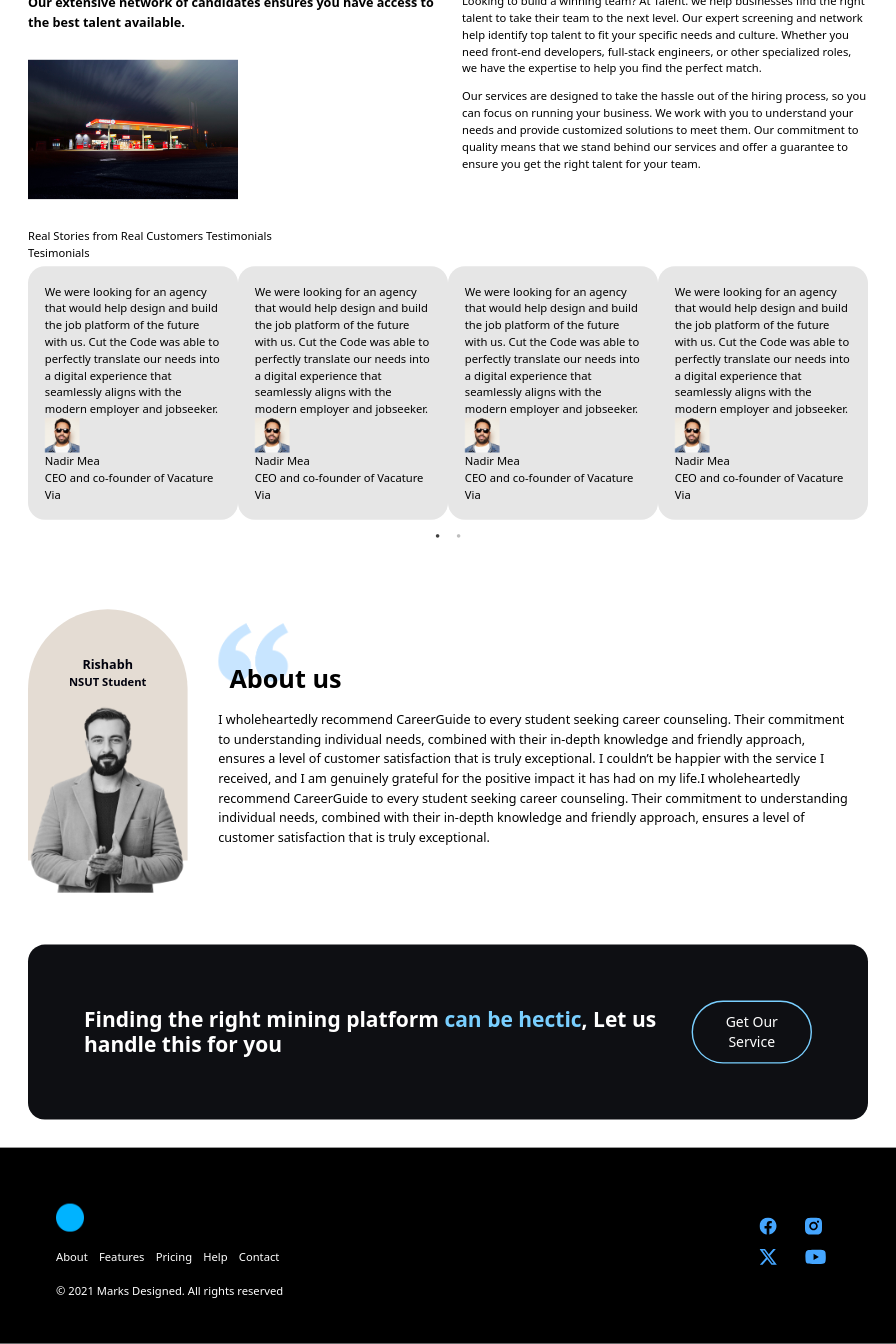
Repository: ayushtenguria/uniteksol
Page: /
The author's editor kept a copy of each file at every save. The page is drawn from the files as they stood at one save, then again after the next save.
The browser window is 1280 px wide. The pictures show the part of the page from y = 1098 to 3018 px (the page is 3018 px tall before and 2946 px after), at 70% of full size.
The project was rebuilt for these pictures with package versions that can differ from the ones it lists, and the page was loaded fresh each time. The framework's server and built-in components were replaced by stand-ins that run in the browser. Also part of the build but not shown: next.config.mjs.

Above is the page before, as saved 2024-02-23 20:44:16.

### pages/index.js
import Image from "next/image";
import { Inter } from "next/font/google";
import Layout from "@/components/Layout";
import Hero from "@/components/Hero";
import CompanyLogos from "@/components/companyLogos";
import Story from "@/components/Story";
import ServiceBanner from "@/components/serviceBanner";
import About from "@/components/About";
import Testimonials from "@/components/Testimonials";

const inter = Inter({ subsets: ["latin"] });

export default function Home() {
  return (
    <Layout>
      <Hero></Hero>
      <CompanyLogos></CompanyLogos>
      <Story></Story>
      <Testimonials></Testimonials>
      <About></About>
      <ServiceBanner></ServiceBanner>
    </Layout>
  );
}

### styles/globals.css
@tailwind base;
@tailwind components;
@tailwind utilities;

/* 79CFFF */

.btn-blue{
  background-color: #79CFFF;
  border-radius: 50px;
  padding: 5px 10px;
  font-weight: 500;
  margin-left: 4px;
}

.btn-black{
  background-color: #333333;
  color: #79CFFF;
  border-radius: 50px;
  padding: 15px 40px;
  font-weight: 500;
}

.btn-blueht{
  background-color: #0E0F13;
  color: #ffffff;
  border-radius: 50px;
  border: 2px solid #79CFFF;
  padding: 15px 40px;
  font-weight: 500;
}

### components/Layout.js
import Footer from "./Footer";
import Nav from "./Nav";

export default function Layout({children}){
    return(
        <div className="">
            <Nav></Nav>
                {children}
            <Footer></Footer>
        </div>
    )
}

### components/Hero.js
import Image from "next/image";
import Card from "./Card";

export default function Hero() {
  return (
    <div className="flex gap-4 m-10 grid-cols-2 justify-between text-fontBlack">
      <div className="w-1/2">
        <div className="my-10">
          <h1 className="text-4xl font-bold mb-6">
            We build your dream house with our passion
          </h1>
          <p className="text-lg font-semibold mb-6">
            Our core goal is to respond to today's{" "}
            <span className="underline">dynamic marked</span> by equipping our
            customers with the digital tools they need to remain competitive,
            build their business, and empower the consumer experience.
          </p>
          <button className="btn-black text-lg">Learn More</button>
        </div>
        <div>
          <div className="flex gap-4">
            <Card bgColor={"landingGray"}>
              <span className="text-lg font-bold pb-2">362</span>
              <br></br>Lorem ipsum dolor amet, consectetur adipiscing elit.
              Faucibus in libero.Lorem ipsum dolor amet,
            </Card>
            <Card bgColor={"landingBlue"}>
              <span className="text-lg font-bold pb-2">178K+</span>
              <br></br>
              Lorem ipsum dolor amet, consectetur adipiscing elit. Faucibus in
              libero.Lorem ipsum dolor amet,
            </Card>
          </div>
          <div>
            <Card bgColor={"landingGray"}>
              <div className="flex">
                <span className="text-lg font-bold pb-2">Title</span>
                <br></br>Lorem ipsum dolor amet, consectetur adipiscing elit.
                Faucibus in libero.Lorem ipsum dolor amet,
                <Image src="/home.png" width={200} height={200}></Image>
              </div>
            </Card>
          </div>
        </div>
      </div>
      <div className="w-1/2">
        <Image
          src="/pump2.jpg"
          width={800}
          height={800}
          alt="Petrol pump image"
        ></Image>
      </div>
    </div>
  );
}

### components/Story.js
import Image from "next/image";

export default function Story() {
  return (
    <div className="m-10 mt-20">
        <div><h2 className="text-4xl font-bold pb-10">Our Story</h2></div>
      <div className="flex gap-10">
        <div className="w-1/2">
          <h4 className="text-lg font-semibold pb-10">
            Our extensive network of candidates ensures you have access to the
            best talent available.
          </h4>
          <Image src="/pump3.jpg" width={300} height={300}></Image>
        </div>
        <div className="w-1/2">
          <p className="mb-4">
            Looking to build a winning team? At Talent. we help businesses find
            the right talent to take their team to the next level. Our expert
            screening and network help identify top talent to fit your specific
            needs and culture. Whether you need front-end developers, full-stack
            engineers, or other specialized roles, we have the expertise to help
            you find the perfect match.
          </p>
          <p>
            Our services are designed to take the hassle out of the hiring
            process, so you can focus on running your business. We work with you
            to understand your needs and provide customized solutions to meet
            them. Our commitment to quality means that we stand behind our
            services and offer a guarantee to ensure you get the right talent
            for your team.
          </p>
        </div>
      </div>
    </div>
  );
}

### components/serviceBanner.js
export default function ServiceBanner(){
    return(
        <div className="bg-landingBlack m-10 text-white p-20 rounded-3xl flex justify-between items-center font-semibold">
            <div className="text-3xl mr-10">
                Finding the right mining platform <span className="text-landingBlue">can be hectic</span>, Let us handle this for you
            </div>
            <div>
                <button className="btn-blueht text-xl">Get Our Service</button>
            </div>
        </div>
    )
}

### components/About.js
import Image from "next/image";

export default function About(){
    return(
        <div className="flex m-10 py-20 gap-6">
            <div className="bg-[#E4DCD3] rounded-t-full">
                <div className="flex justify-center relative top-16">
                    <p className="text-[#00010D] font-semibold"><span className="font-semibold flex justify-center text-lg">Rishabh</span> NSUT Student</p>
                </div>

                <Image src="/Person.png" width={1400} height={1400} className="relative top-20"></Image>
            </div>
            <div className="m-5">
                <Image src='/quote.png' width={100} height={100} className="relative z-0"></Image>
                <h2 className="text-4xl font-bold relative z-30 bottom-6 ml-4">
                    About us
                </h2>
                <p className="text-lg font-medium">
                I wholeheartedly recommend CareerGuide to every student seeking career counseling. Their commitment to understanding individual needs, combined with their in-depth knowledge and friendly approach, ensures a level of customer satisfaction that is truly exceptional. I couldn’t be happier with the service I received, and I am genuinely grateful for the positive impact it has had on my life.I wholeheartedly recommend CareerGuide to every student seeking career counseling. Their commitment to understanding individual needs, combined with their in-depth knowledge and friendly approach, ensures a level of customer satisfaction that is truly exceptional.
                </p>
            </div>
        </div>
    )
}

### components/Testimonials.js
import { TESTIMONIALS } from "@/constants/constants";
import Image from "next/image";
import Card from "./Card";
import SimpleSlider from "./SimpleSlider";
import Slider from "./SimpleSlider";

export default function Testimonials(){
    return(
        <div className="m-10">
            <h1 className="w-1/3">
            Real Stories from Real Customers
Testimonials
            </h1>
            <p>Tesimonials</p>
            <SimpleSlider dots={false} >
                {TESTIMONIALS.map((t)=>(
                <Card>
                    <div className="p-2">
                    <div>
                        {t.description}
                    </div>
                    <div>
                        <Image src={t.src} width={50} height={50}></Image>
                        <div>
                            <h3>{t.name}</h3>
                            <p>{t.designation}</p>
                        </div>
                    </div>
                    </div>
                </Card>
            ))}
            </SimpleSlider>

        </div>
    )
}

### components/Footer.js
import { FOOTER_LINKS } from "@/constants/constants";
import Image from "next/image";
import Link from "next/link";
import Socials from "./Socials";

export default function Footer() {
  return (
    <div className="w-screen h-full bg-black text-white flex justify-between p-20 pb-16">
      <div>
        <Image
          src="/blue-dot.png"
          width={40}
          height={40}
          alt="logo of company"
        ></Image>
        <div className="flex gap-4 my-6">
          {FOOTER_LINKS.map((item) => (
            <Link href={item.href}>{item.label}</Link>
          ))}
        </div>
      <div>© 2021 Marks Designed. All rights reserved</div>
      </div>
      <div>
        <Socials></Socials>
      </div>
    </div>
  );
}

### components/Nav.js
import { NAV_LINKS } from "@/constants/constants";
import Image from "next/image";
import Link from "next/link";

export default function Nav() {
  return (
    <div className="flex justify-between m-10">
      <div>
        <Image
          src="/blue-dot.png"
          width={40}
          height={40}
          alt="logo of company"
        ></Image>
      </div>
      <div className="hidden h-full lg:flex">
        {NAV_LINKS.map((item) => (
          <Link href={item.href} key={item.key} className="p-4">
            {item.label}
          </Link>
        ))}
        <button className="btn-blue">Book an Appointment!</button>
      </div>

      <div className="inline-block cursor-pointer lg:hidden">
        <svg
          xmlns="http://www.w3.org/2000/svg"
          fill="none"
          viewBox="0 0 24 24"
          stroke-width="1.5"
          stroke="currentColor"
          class="w-8 h-8"
        >
          <path
            stroke-linecap="round"
            stroke-linejoin="round"
            d="M3.75 6.75h16.5M3.75 12h16.5m-16.5 5.25h16.5"
          />
        </svg>
      </div>
    </div>
  );
}

### components/Card.js
export default function Card({title,bgColor,children,textColor}){
    const bgColorClass = bgColor ? `bg-${bgColor}` : "bg-black";
    const textColorClass = textColor ? `text-${textColor}` : "text-black";
    return(
        // <div className={bgColorClass+" rounded-lg border-2 border-black p-4 my-2" + textColorClass}>
        <div className={`bg-landingGray rounded-3xl p-4 my-2`}>
            {children}
        </div>
    )
}

### constants/constants.js
export const NAV_LINKS = [
    { href: '/solution', key: 'solution', label: 'Our Solution' },
    { href: '/nocode', key: 'no_code', label: 'No-Code' },
    { href: '/projects', key: 'projects', label: 'Projects' },
    { href: '/about', key: 'about', label: 'About us' },
    { href: '/contact', key: 'contact', label: 'Contact' }
];

export const FOOTER_LINKS = [
    { href: '/about', key: 'about', label: 'About' },
    { href: '/features', key: 'features', label: 'Features' },
    { href: '/pricing', key: 'pricing', label: 'Pricing' },
    { href: '/help', key: 'help', label: 'Help' },
    { href: '/contact', key: 'contact', label: 'Contact' }
];

export const TESTIMONIALS = [
    { src:'/testi1.png',name: 'Nadir Mea', designation:'CEO and co-founder of Vacature Via', key: 'about', description: 'We were looking for an agency that would help design and build the job platform of the future with us. Cut the Code was able to perfectly translate our needs into a digital experience that seamlessly aligns with the modern employer and jobseeker.' },
    { src:'/testi1.png',name: 'Nadir Mea', designation:'CEO and co-founder of Vacature Via', key: 'about', description: 'We were looking for an agency that would help design and build the job platform of the future with us. Cut the Code was able to perfectly translate our needs into a digital experience that seamlessly aligns with the modern employer and jobseeker.' },
    { src:'/testi1.png',name: 'Nadir Mea', designation:'CEO and co-founder of Vacature Via', key: 'about', description: 'We were looking for an agency that would help design and build the job platform of the future with us. Cut the Code was able to perfectly translate our needs into a digital experience that seamlessly aligns with the modern employer and jobseeker.' },
    { src:'/testi1.png',name: 'Nadir Mea', designation:'CEO and co-founder of Vacature Via', key: 'about', description: 'We were looking for an agency that would help design and build the job platform of the future with us. Cut the Code was able to perfectly translate our needs into a digital experience that seamlessly aligns with the modern employer and jobseeker.' },
    { src:'/testi1.png',name: 'Nadir Mea', designation:'CEO and co-founder of Vacature Via', key: 'about', description: 'We were looking for an agency that would help design and build the job platform of the future with us. Cut the Code was able to perfectly translate our needs into a digital experience that seamlessly aligns with the modern employer and jobseeker.' },
    { src:'/testi1.png',name: 'Nadir Mea', designation:'CEO and co-founder of Vacature Via', key: 'about', description: 'We were looking for an agency that would help design and build the job platform of the future with us. Cut the Code was able to perfectly translate our needs into a digital experience that seamlessly aligns with the modern employer and jobseeker.' },
    { src:'/testi1.png',name: 'Nadir Mea', designation:'CEO and co-founder of Vacature Via', key: 'about', description: 'We were looking for an agency that would help design and build the job platform of the future with us. Cut the Code was able to perfectly translate our needs into a digital experience that seamlessly aligns with the modern employer and jobseeker.' },
]

### components/SimpleSlider.js
import "slick-carousel/slick/slick.css";
import "slick-carousel/slick/slick-theme.css";

import React from "react";
import Slider from "react-slick";

export default function SimpleSlider({children}) {
    var settings = {
      dots: true,
      infinite: false,
      speed: 500,
      slidesToShow: 4,
      slidesToScroll: 4,
      initialSlide: 0,
      responsive: [
        {
          breakpoint: 1024,
          settings: {
            slidesToShow: 3,
            slidesToScroll: 3,
            infinite: true,
            dots: true
          }
        },
        {
          breakpoint: 600,
          settings: {
            slidesToShow: 2,
            slidesToScroll: 2,
            initialSlide: 2
          }
        },
        {
          breakpoint: 480,
          settings: {
            slidesToShow: 1,
            slidesToScroll: 1
          }
        }
      ]
    };
    return (
      <div className="slider-container">
        <Slider {...settings}>
        {children}
        </Slider>
      </div>
    );
  }

### components/Socials.js
export default function Socials() {
  return (
    <div>
      <div className="flex gap-10 m-5">
        <svg
          width="25"
          height="25"
          viewBox="0 0 25 25"
          fill="none"
          xmlns="http://www.w3.org/2000/svg"
        >
          <path
            d="M12.1528 0C5.4408 0 0 5.4408 0 12.1528C0 18.2182 4.44427 23.2458 10.2545 24.1585V15.6649H7.16771V12.1528H10.2545V9.47552C10.2545 6.43004 12.0677 4.74809 14.8446 4.74809C16.1741 4.74809 17.5644 4.98507 17.5644 4.98507V7.97465H16.0332C14.5226 7.97465 14.0523 8.91163 14.0523 9.87292V12.1528H17.4222L16.8839 15.6649H14.0523V24.1585C19.8613 23.2471 24.3056 18.217 24.3056 12.1528C24.3056 5.4408 18.8648 0 12.1528 0Z"
            fill="#45A6FF"
          />
        </svg>
        <svg
          width="25"
          height="25"
          viewBox="0 0 25 25"
          fill="none"
          xmlns="http://www.w3.org/2000/svg"
        >
          <path
            d="M12.1528 0C15.4547 0 15.8667 0.0121527 17.1622 0.0729166C18.4564 0.133681 19.3375 0.336632 20.1128 0.638021C20.9149 0.946702 21.5906 1.36476 22.2663 2.03924C22.8843 2.64675 23.3624 3.38162 23.6675 4.19271C23.9677 4.96684 24.1719 5.84913 24.2326 7.1434C24.2898 8.43889 24.3056 8.85087 24.3056 12.1528C24.3056 15.4547 24.2934 15.8667 24.2326 17.1622C24.1719 18.4564 23.9677 19.3375 23.6675 20.1128C23.3633 20.9244 22.885 21.6594 22.2663 22.2663C21.6586 22.8841 20.9238 23.3622 20.1128 23.6675C19.3387 23.9677 18.4564 24.1719 17.1622 24.2326C15.8667 24.2898 15.4547 24.3056 12.1528 24.3056C8.85087 24.3056 8.43889 24.2934 7.1434 24.2326C5.84913 24.1719 4.96806 23.9677 4.19271 23.6675C3.3813 23.3631 2.6463 22.8848 2.03924 22.2663C1.42115 21.6589 0.942972 20.924 0.638021 20.1128C0.336632 19.3387 0.133681 18.4564 0.0729166 17.1622C0.0157985 15.8667 0 15.4547 0 12.1528C0 8.85087 0.0121527 8.43889 0.0729166 7.1434C0.133681 5.84792 0.336632 4.96806 0.638021 4.19271C0.942127 3.38112 1.42042 2.64605 2.03924 2.03924C2.64648 1.42094 3.38142 0.942727 4.19271 0.638021C4.96806 0.336632 5.84792 0.133681 7.1434 0.0729166C8.43889 0.0157985 8.85087 0 12.1528 0ZM12.1528 6.07639C10.5412 6.07639 8.99567 6.71658 7.85612 7.85612C6.71658 8.99567 6.07639 10.5412 6.07639 12.1528C6.07639 13.7643 6.71658 15.3099 7.85612 16.4494C8.99567 17.589 10.5412 18.2292 12.1528 18.2292C13.7643 18.2292 15.3099 17.589 16.4494 16.4494C17.589 15.3099 18.2292 13.7643 18.2292 12.1528C18.2292 10.5412 17.589 8.99567 16.4494 7.85612C15.3099 6.71658 13.7643 6.07639 12.1528 6.07639ZM20.0521 5.77257C20.0521 5.36968 19.892 4.98329 19.6072 4.69841C19.3223 4.41352 18.9359 4.25347 18.533 4.25347C18.1301 4.25347 17.7437 4.41352 17.4588 4.69841C17.1739 4.98329 17.0139 5.36968 17.0139 5.77257C17.0139 6.17546 17.1739 6.56185 17.4588 6.84673C17.7437 7.13162 18.1301 7.29167 18.533 7.29167C18.9359 7.29167 19.3223 7.13162 19.6072 6.84673C19.892 6.56185 20.0521 6.17546 20.0521 5.77257ZM12.1528 8.50695C13.1197 8.50695 14.047 8.89106 14.7308 9.57479C15.4145 10.2585 15.7986 11.1858 15.7986 12.1528C15.7986 13.1197 15.4145 14.047 14.7308 14.7308C14.047 15.4145 13.1197 15.7986 12.1528 15.7986C11.1858 15.7986 10.2585 15.4145 9.57479 14.7308C8.89106 14.047 8.50695 13.1197 8.50695 12.1528C8.50695 11.1858 8.89106 10.2585 9.57479 9.57479C10.2585 8.89106 11.1858 8.50695 12.1528 8.50695Z"
            fill="#45A6FF"
          />
        </svg>
      </div>
      <div className="flex gap-10 m-5">
        <svg
          width="25"
          height="23"
          viewBox="0 0 25 23"
          fill="none"
          xmlns="http://www.w3.org/2000/svg"
        >
          <path
            d="M19.5234 0H23.3259L15.0207 9.5169L24.7917 22.4674H17.1419L11.1501 14.6116L4.29361 22.4674H0.489635L9.3728 12.2874L0 0H7.84501L13.2604 7.17874L19.5234 0ZM18.1909 20.1866H20.2982L6.6984 2.16152H4.43926L18.1909 20.1866Z"
            fill="#45A6FF"
          />
        </svg>
        <svg
          width="30"
          height="22"
          viewBox="0 0 30 22"
          fill="none"
          xmlns="http://www.w3.org/2000/svg"
        >
          <path
            d="M12.2356 15.5277L19.8044 11.1527L12.2356 6.77767V15.5277ZM29.094 4.10892C29.2836 4.79434 29.4148 5.71309 29.5023 6.87975C29.6044 8.04642 29.6481 9.05267 29.6481 9.92767L29.7356 11.1527C29.7356 14.3464 29.5023 16.6943 29.094 18.1964C28.7294 19.5089 27.8836 20.3548 26.5711 20.7193C25.8856 20.9089 24.6315 21.0402 22.7065 21.1277C20.8106 21.2298 19.0752 21.2735 17.4711 21.2735L15.1523 21.361C9.04189 21.361 5.23564 21.1277 3.73355 20.7193C2.42105 20.3548 1.57522 19.5089 1.21064 18.1964C1.02105 17.511 0.889803 16.5923 0.802303 15.4256C0.70022 14.2589 0.65647 13.2527 0.65647 12.3777L0.56897 11.1527C0.56897 7.95892 0.802303 5.611 1.21064 4.10892C1.57522 2.79642 2.42105 1.95059 3.73355 1.586C4.41897 1.39642 5.67314 1.26517 7.59814 1.17767C9.49397 1.07559 11.2294 1.03184 12.8336 1.03184L15.1523 0.944336C21.2627 0.944336 25.069 1.17767 26.5711 1.586C27.8836 1.95059 28.7294 2.79642 29.094 4.10892Z"
            fill="#45A6FF"
          />
        </svg>
      </div>
    </div>
  );
}

Loaded but not shown: pages/_app.js (common file); pages/_document.js (common file); components/companyLogos.js (library); tailwind.config.js (common file)

After the next save:
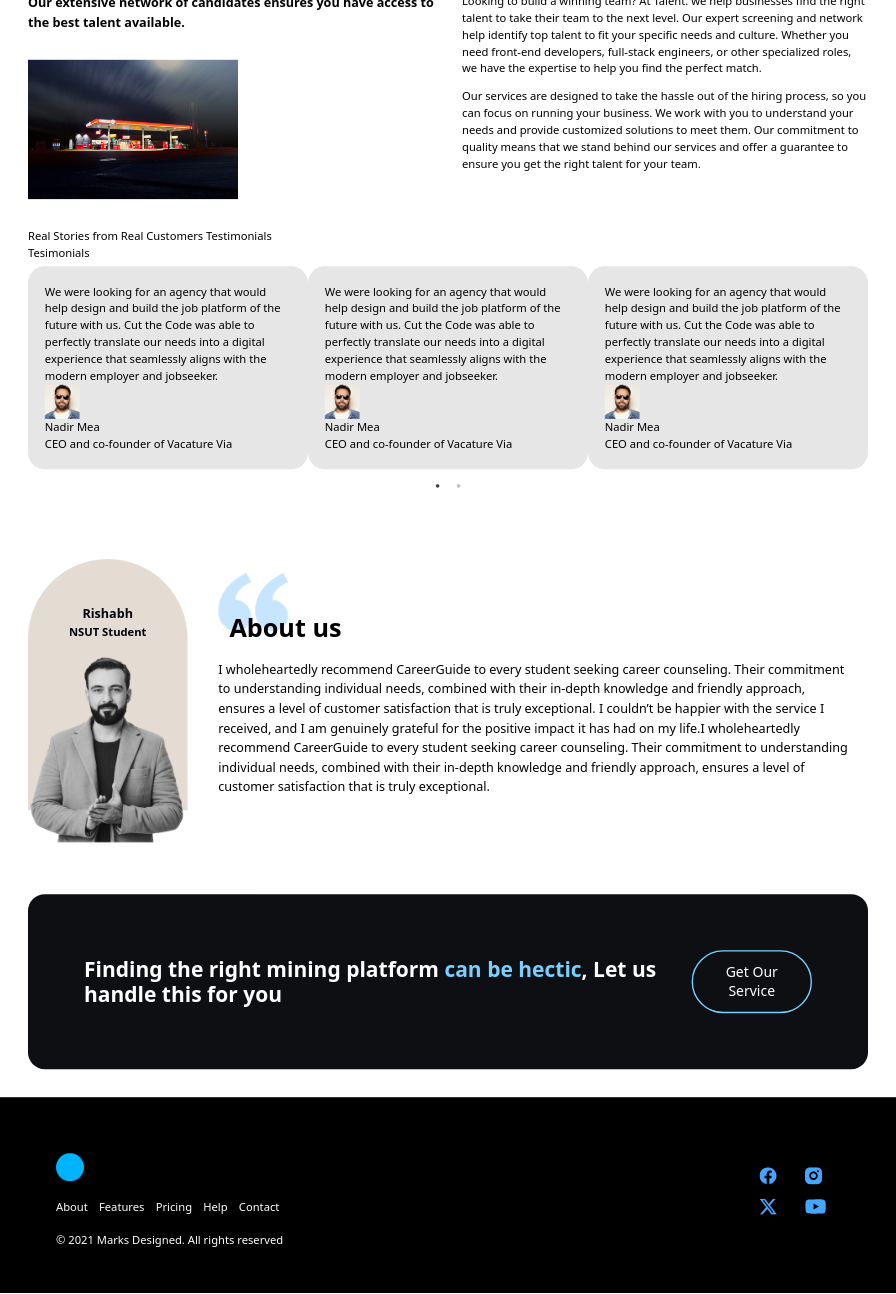
Saved 15 s later.
--- a/components/SimpleSlider.js
+++ b/components/SimpleSlider.js
@@ -9,7 +9,7 @@
       dots: true,
       infinite: false,
       speed: 500,
-      slidesToShow: 4,
+      slidesToShow: 3,
       slidesToScroll: 4,
       initialSlide: 0,
       responsive: [
